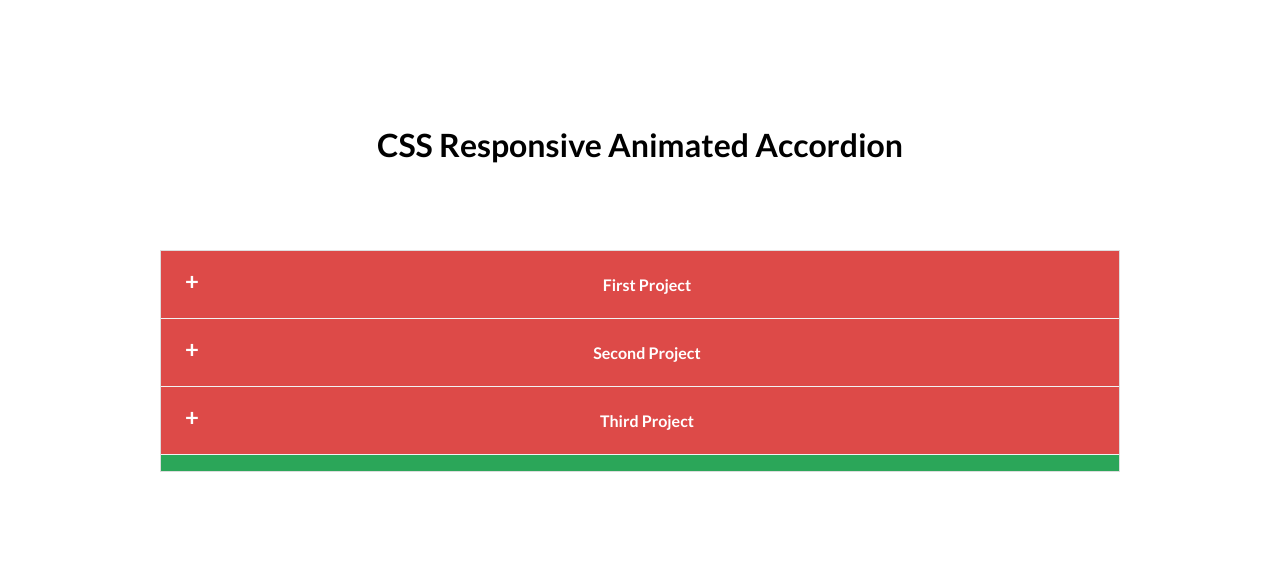
Repository: Imprasna/personalperform
Page: index.html
The author's editor kept a copy of each file at every save. The page is drawn from the files as they stood at one save, then again after a run of saves.
The browser window is 1280 px wide. The pictures show the whole page.
The style sheet was rebuilt from its Sass, Less or Tailwind sources for each picture, by a compiler version that may differ from the author's.

Above is the page before, as saved 2021-12-30 22:31:59.

After the next 2 saves:
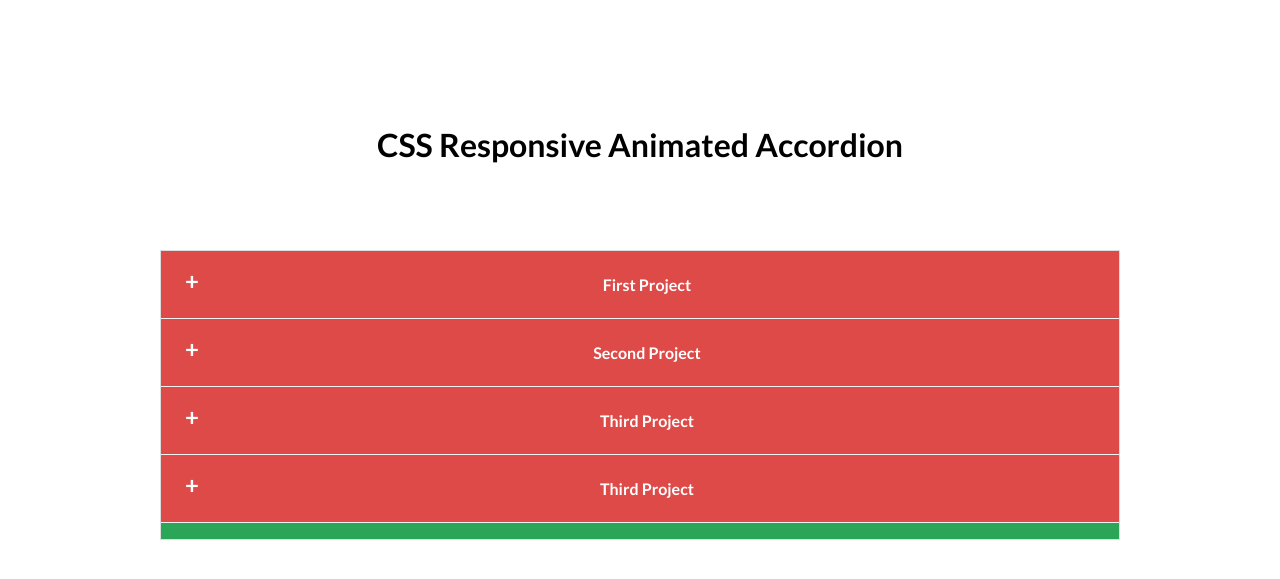
The 2 saves are shown as one change because they came seconds apart.
The last was saved 7 s later.
--- a/index.html
+++ b/index.html
@@ -52,6 +52,20 @@
                     </p>
                 </dd>
 
+                <dt>
+                    <a href="#accordion3" aria-expanded="false" aria-controls="accordion3"
+                        class="accordion-title accordionTitle js-accordionTrigger">
+                        Third Project
+                    </a>
+                </dt>
+                <dd class="accordion-content accordionItem is-collapsed" id="accordion3" aria-hidden="true">
+                    <p>Project Name : CMK.</p>
+                    <p>No. of Days: 18 Days.</p>
+                    <p>ToolS Used: Webflow.</p>
+                    <p>The time I joined the Company, this has been the first project that has been handed to me. Since I had no touch to whatever I learnt previously. It took me nearly 6 months and also due to the delay of contents from the client it took me so long in getting this project completed.
+                    </p>
+                </dd>
+
             </dl>
         </div>
     </div>
